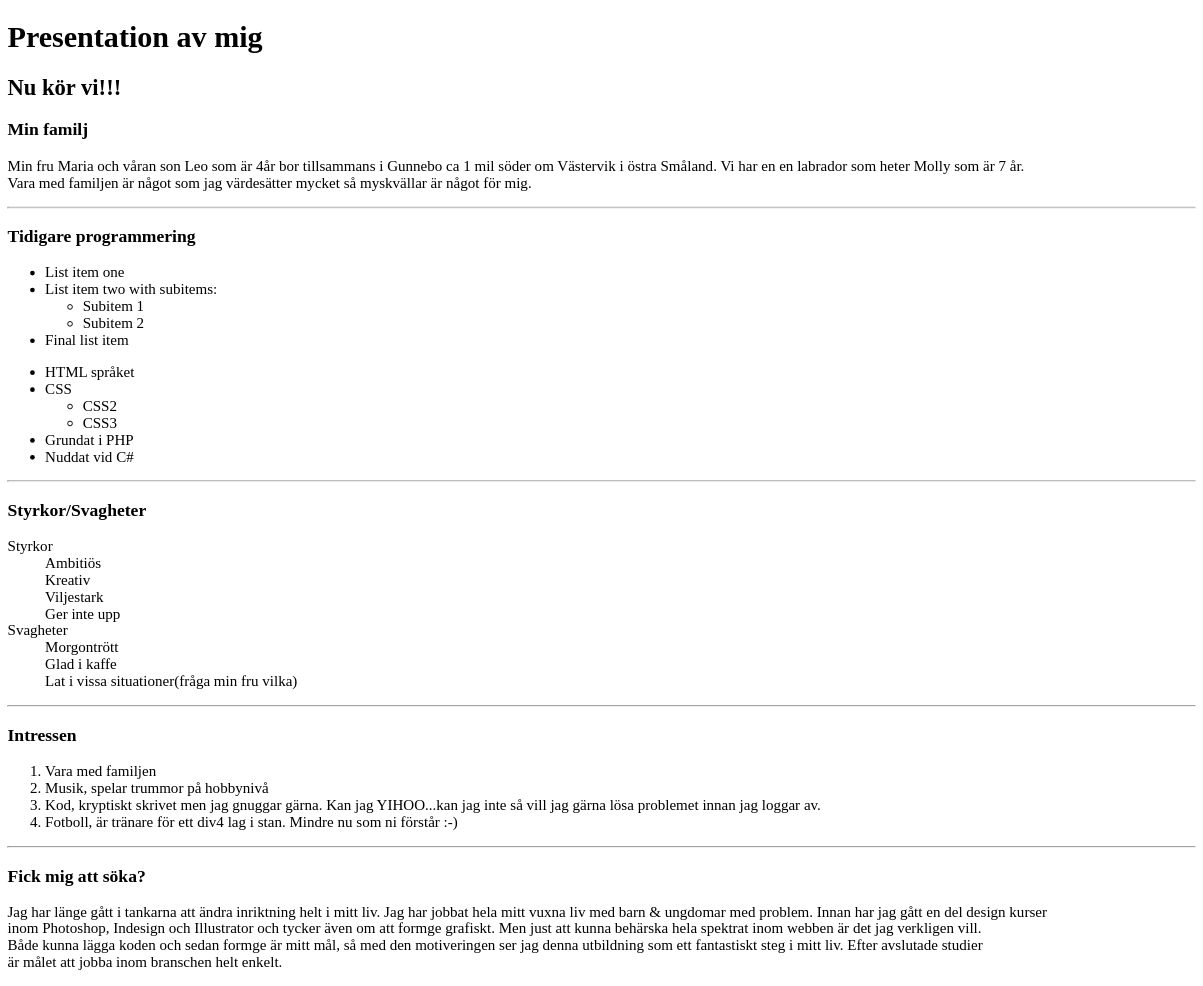
Repository: jt222ia/1ik415-jt222ia-laborationer
Page: pages/presentation.html
The author's editor kept a record of every edit. The page is drawn from the files as they stood at one moment, then again after the next edit.
The browser window is 1280 px wide. The pictures show the whole page, at 94% of full size.

Above is the page before.

After the next edit:
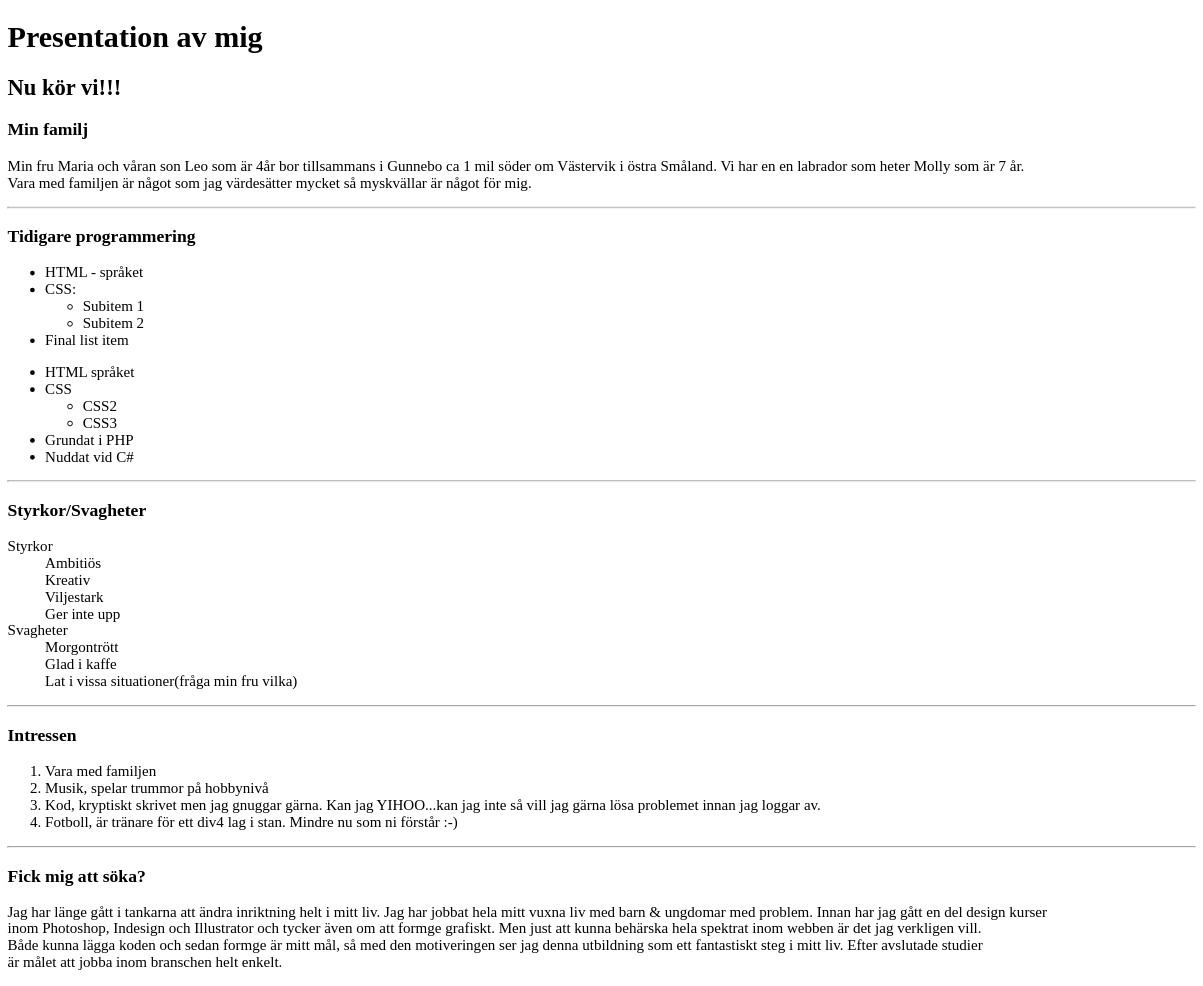
The edit:
--- a/pages/presentation.html
+++ b/pages/presentation.html
@@ -20,8 +20,8 @@
 
             <h3>Tidigare programmering</h3>
                     <ul>
-                        <li>List item one</li>
-                        <li>List item two with subitems:
+                        <li>HTML - språket</li>
+                        <li>CSS:
                             <ul>
                                 <li>Subitem 1</li>
                                 <li>Subitem 2</li>
